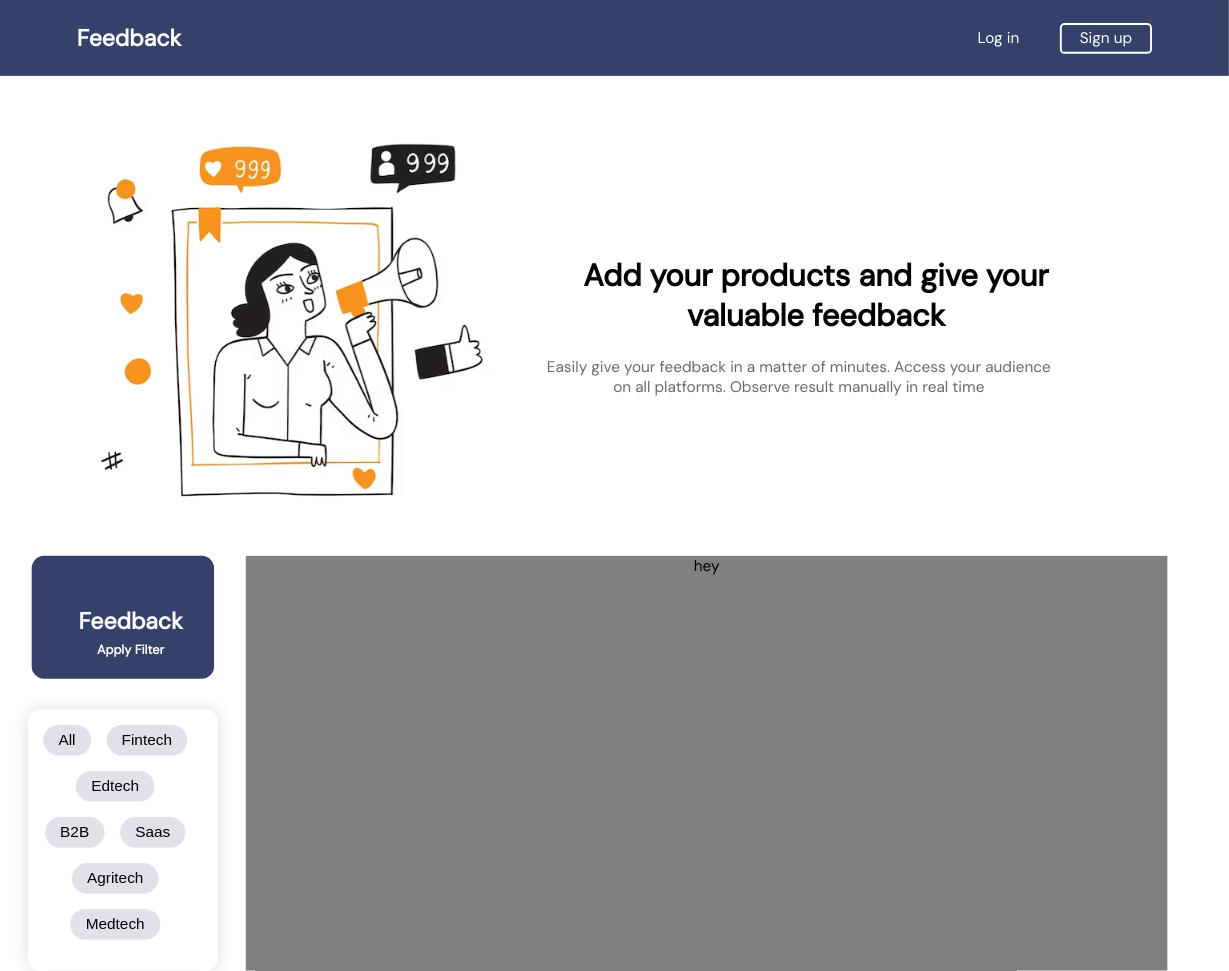
Repository: drumsmanku/final-evaluation-test
Page: / (app in client/)
An editor plug-in stored every save of this project. The page is shown before and after the next save, followed by the edit.
The browser window is 1280 px wide. The pictures show the whole page, at 96% of full size.
The page's requests for data from a server got no answer. The project was rebuilt for these pictures with package versions that can differ from the ones it lists, and the page was loaded fresh each time. No one was signed in, and anything a server would have sent is missing.

Above is the page before, as saved 2023-07-29 13:56:48.

### client/src/App.js
import './App.css';
import { BrowserRouter as Router, Route, Routes} from 'react-router-dom';
import MainPage from './Components/MainPage';
function App() {
  return (
    <div className="App">
      <Router>
        <Routes>
          <Route path='/' element={<MainPage/>}/>


        </Routes>
      </Router>
    </div>
  );
}

export default App;

### client/src/Components/MainPage.js
import React, {useState, useEffect} from 'react';
import '../CSS/MainPage.css';
import profile from'../Assets/profilepic.webp';
import img1 from '../Assets/frontphoto.png';
import axios from 'axios';

const buttonTitles=['All', 'Fintech', 'Edtech', 'B2B', 'Saas', 'Agritech', 'Medtech'];
const buttonStyles={
  padding:'0.2rem 1rem 0.2rem 1rem',
  backgroundColor:'#36416A26',
  fontSize:'medium',
  borderRadius:'1rem',
  border:'none',
  margin:'0 1rem 1rem 0',
  height:'2rem',
  textAlign:'center',
}

function MainPage() {
  const [categorySet, setCategorySet]=useState([])
  const [isLoggedIn, setIsLoggedIn]=useState(false);
  const [products, setProdcts]=useState([])
  useEffect(()=>{
    const User=localStorage.getItem('user');
    if(User){
      setIsLoggedIn(true);
    }

  }, []);
  const handleLogout=()=>{
    localStorage.removeItem('user');
    setIsLoggedIn(false);
  }
  const handleCategoryClick=(event)=>{
    const currentCat=event.target.value;
    if(!categorySet.includes(currentCat)){
      setCategorySet([...categorySet, event.target.value]);
    }
    else{
      setCategorySet(categorySet.filter(cat=>cat!=currentCat))
    }

  }

  useEffect(()=>{
    const category=categorySet
    axios.get(`http://localhost:4000/get-prods?category=${category.join(',')}`)
    .then((res)=>{setProdcts(res.data.products);console.log(res.data.products)})
    .catch(err=>console.log(err))

  }, [categorySet])

  return (
    <div className='main-container'>
      <div className="main-top-container">
        <div className='navbar' >
          <div style={{display:'flex',width:'100%', justifyContent:' space-between', alignItems:'center',}}>
          <h3 style={{marginLeft:'5rem', color:'white', fontSize:'1.5rem'}}>Feedback</h3>
          <div style={{display:'flex', marginRight:'5rem'}}>
              {isLoggedIn ? (
                <>
                  <button style={{background:'none', fontSize:'large', border:'none', fontFamily:'DM Sans', color:'white'}} onClick={handleLogout}>Logout</button>
                  <span style={{color:'white', fontFamily:'DM Sans', fontSize:'large', display:'flex', alignItems:'center', marginLeft:'1rem'}}>Hello!</span>
                  <img src={profile} alt="" height={50} width={50} style={{borderRadius:'100%', marginLeft:'1rem'}} />
                </>
              ) : (
                <>
                  <button className='btn-main-page-login' type='submit'  >Log in</button>
                  <button type='submit'  className='btn-main-page-register' >Sign up</button>
                </>
              )}
            </div>
          </div>
        </div>
        <div className="title-desc">
          <img src={img1} alt="" height={500} style={{marginLeft:'3rem'}}/>
          <div style={{display:'flex', flexDirection:'column', marginLeft:'2rem'}}>
              <h1 style={{maxWidth:'80%'}}> Add your products and give your valuable feedback</h1>
              <span style={{maxWidth:'75%', color:'#6A6A6A'}}>Easily give your feedback in a matter of minutes. Access your audience on all platforms. Observe result manually in real time</span>
          </div>
        </div>
      </div>
      <div className="main-bottom-container">
        <div className="bottom-left">
          <article style={{backgroundColor:'#36416A', width:'74%', color:'white', paddingTop:'2rem', borderRadius:'0.8rem', marginBottom:'2rem'}}>
            <h2 style={{marginBottom:'0.4rem',marginLeft:'1rem'}}>Feedback</h2>
            <h5 style={{marginTop:0, marginLeft:'1rem'}}>Apply Filter</h5>
          </article>
          <article style={{width:'65%', borderRadius:'0.8rem', padding:'1em', boxShadow:'0 0 17px #00000026',}}>
             {buttonTitles.map((title, idx)=>(
              <button value={title} onClick={handleCategoryClick} style={{...buttonStyles}} key={idx}>{title}</button>
             ))}
          </article>
        </div>
        <div className="bottom-right">
          hey
        </div>
      </div>
    </div>
  )
}

export default MainPage

### client/src/CSS/MainPage.css
@import url('https://fonts.googleapis.com/css2?family=DM+Sans&display=swap');

body{
  font-family: 'DM Sans';
}
.main-container{
  height: 100vh;
  width: 100vw;
  display: flex;
  flex-direction: column;

}
.main-top-container{
  width: 100%;
}
.btn-main-page-login{
  height: 2rem;
  width: 6rem;
  font-weight: 500;
  font-size: medium ;
  background: none;
  border: none;
  border-radius: 0.3rem;
  margin-left: 1rem;
  margin-bottom:0;
  color: white;
  font-family: 'DM Sans';
  cursor: pointer;
}
.btn-main-page-register{
  height: 2rem;
  width: 6rem;
  font-size: medium;
  font-weight: 500;
  background-color: #36416A;
  border: 2px solid white;
  border-radius: 0.3rem;
  margin-left: 1rem;
  margin-bottom:0;
  color: white;
  font-family: 'DM Sans';
  cursor: pointer;
}
.navbar{
  width: 100%;
  background-color: #36416A;
}
.title-desc{
  width: 100%;
  display: flex;
  align-items: center;
  justify-content: space-around;

}
.bottom-left{
  width: 20%;
  display: flex;
  flex-direction: column;
  align-items: center;

}
.bottom-right{
  width: 75%;
  background-color: gray;
}
.main-bottom-container{
  width:100%;
  display: flex;
}
.bottom-top-right{
  width: 100%;
}

Loaded but not shown: client/public/index.html (common file); client/src/index.js (common file); client/src/index.css (common file); client/src/App.css (common file)

After the next save:
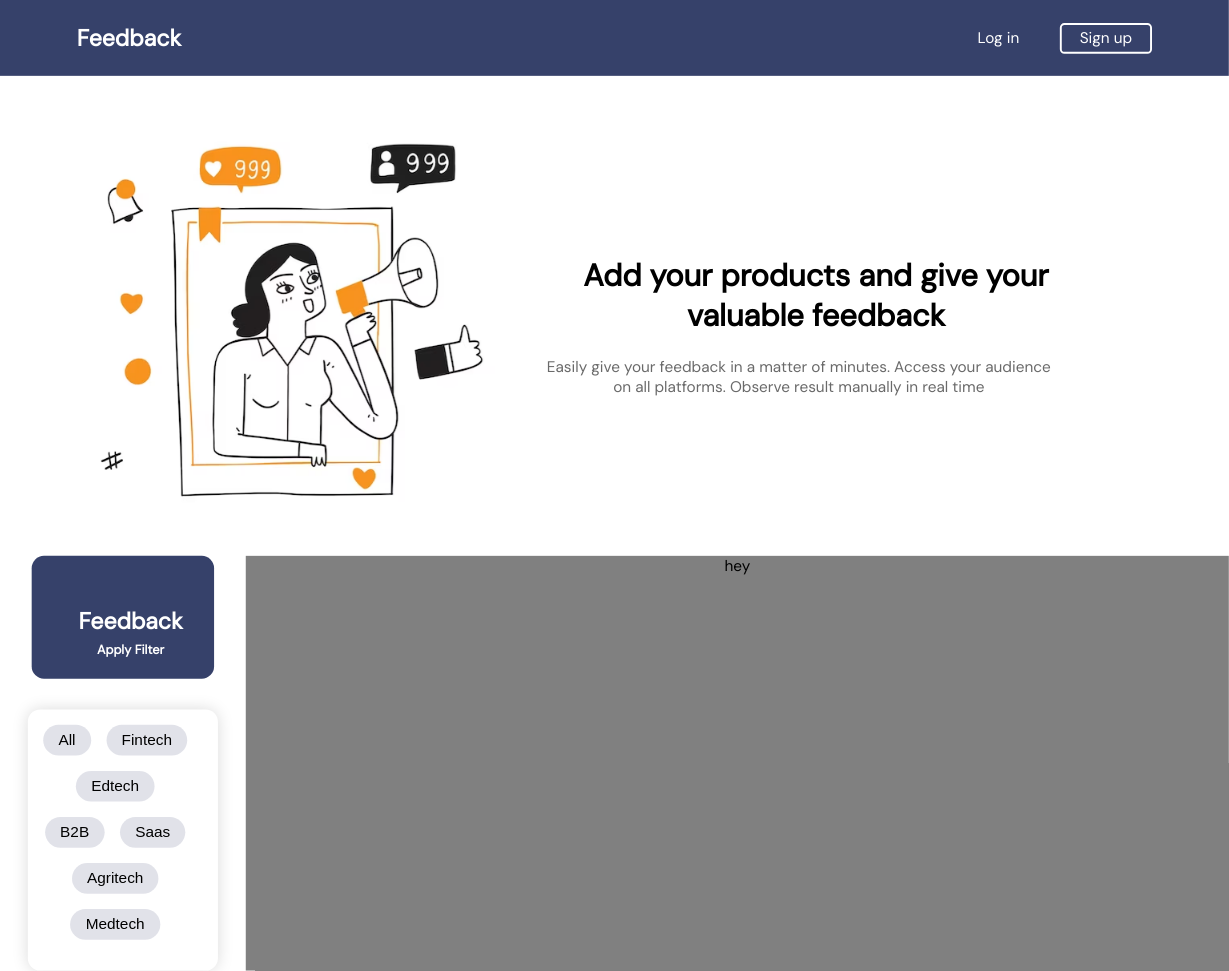
Saved 13 s later.
--- a/client/src/CSS/MainPage.css
+++ b/client/src/CSS/MainPage.css
@@ -60,7 +60,7 @@ body{
 
 }
 .bottom-right{
-  width: 75%;
+  width: 80%;
   background-color: gray;
 }
 .main-bottom-container{

After the save that followed:
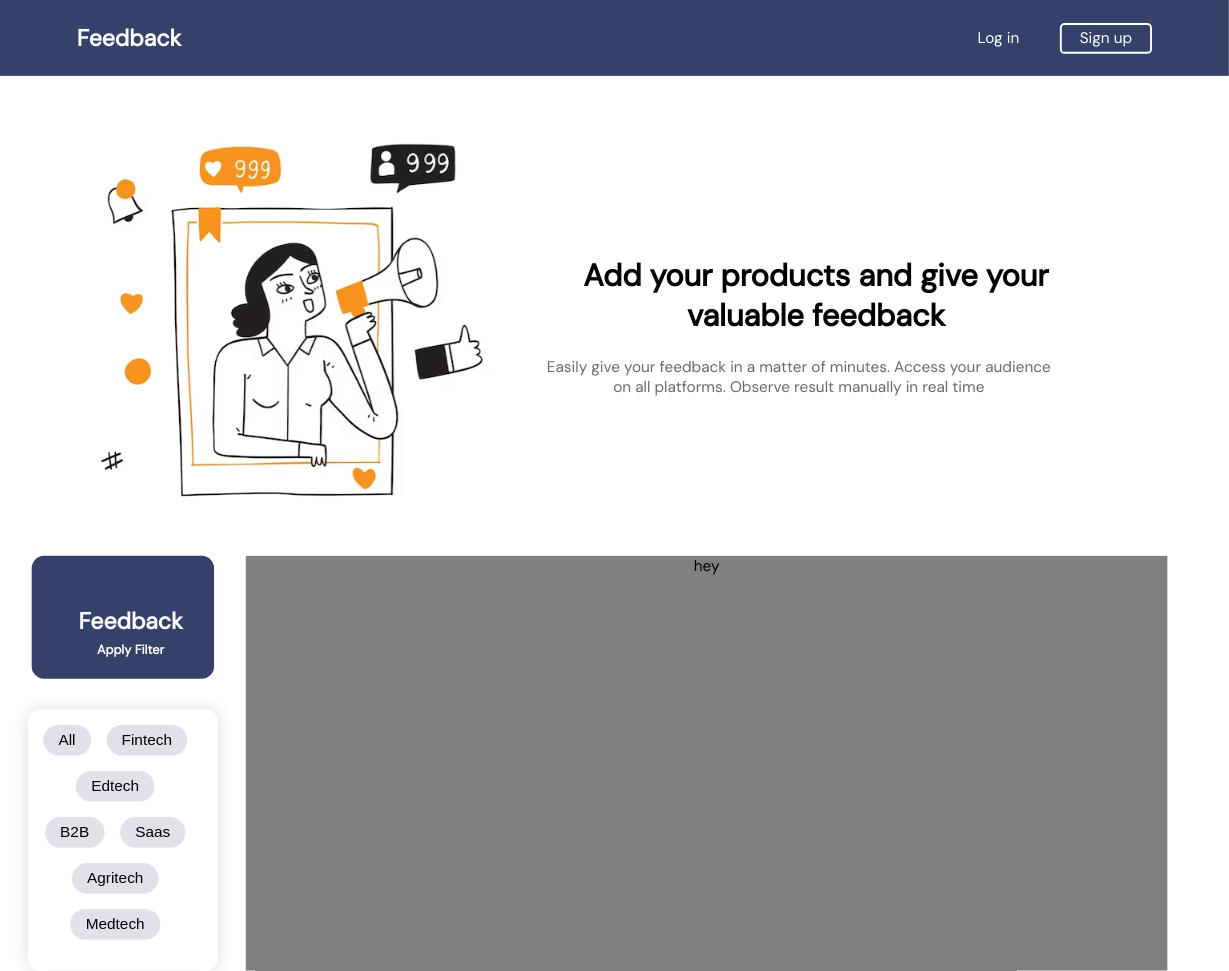
Saved 5 s later.
--- a/client/src/CSS/MainPage.css
+++ b/client/src/CSS/MainPage.css
@@ -60,7 +60,7 @@ body{
 
 }
 .bottom-right{
-  width: 80%;
+  width: 75%;
   background-color: gray;
 }
 .main-bottom-container{
